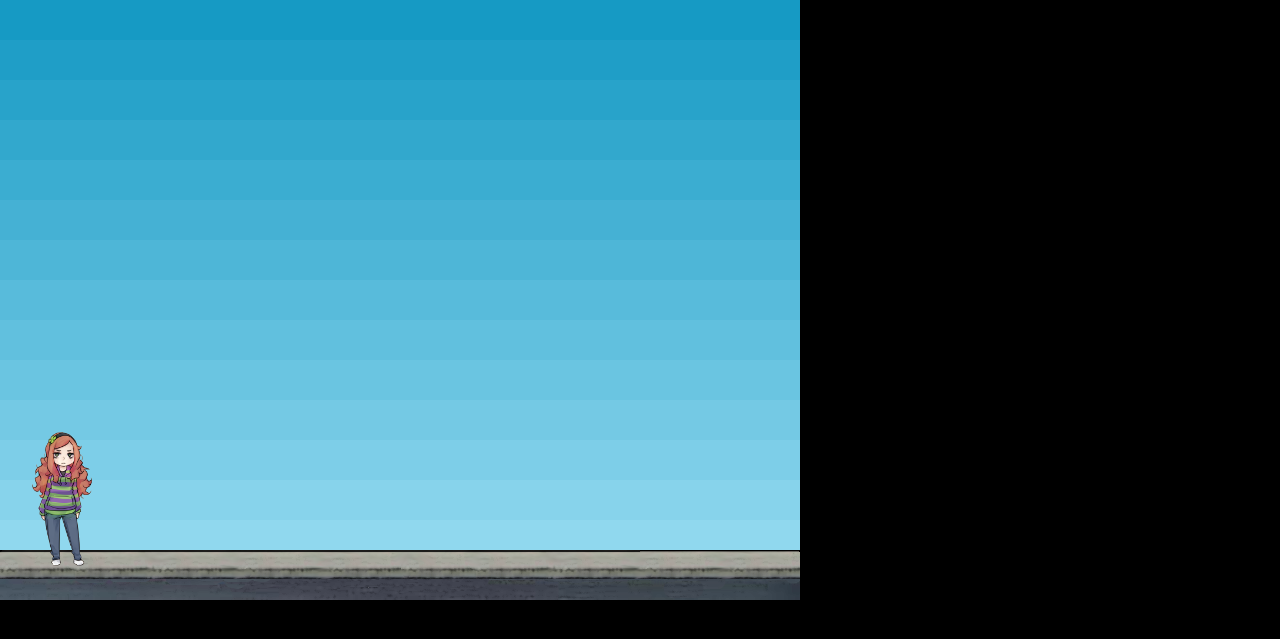
Repository: VivianJames/Viventure
Page: index.html
The author's editor kept a record of every edit. The page is drawn from the files as they stood at one moment, then again after the next edit.
The browser window is 1280 px wide. The pictures show the whole page.

Above is the page before.

After the next edit:
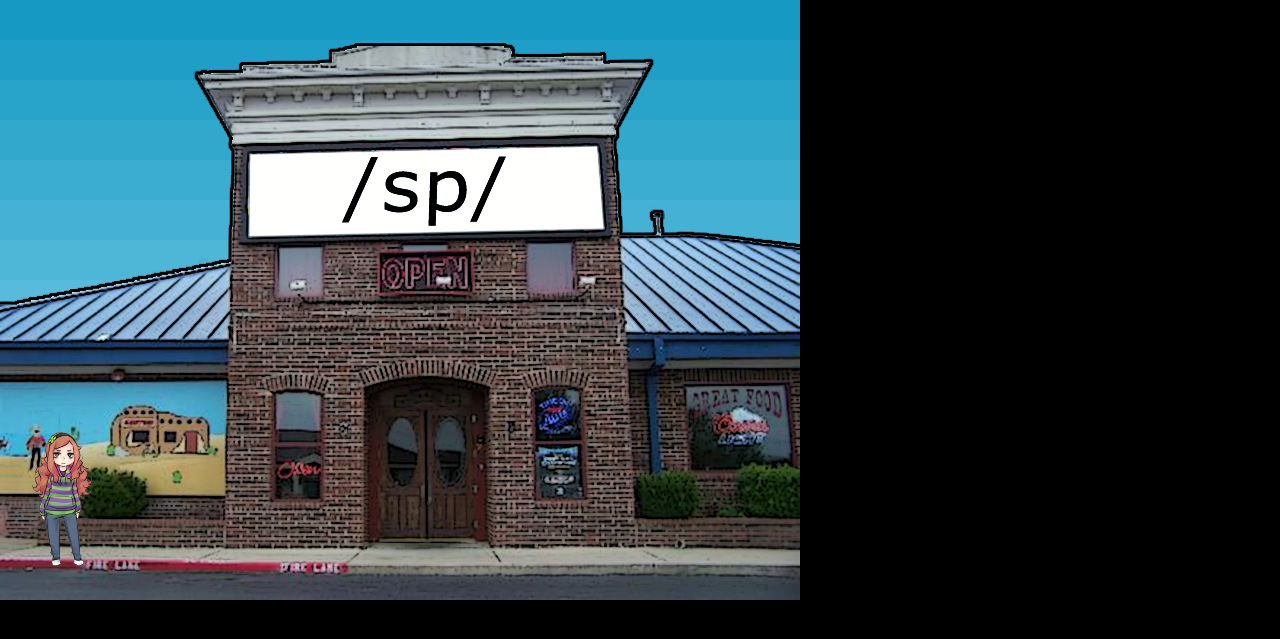
The edit:
--- a/js/game.js
+++ b/js/game.js
@@ -37,6 +37,8 @@
 	var centralsidewalk = sidewalks.create(0, game.world.height - 50, 'sidewalk');
 	centralsidewalk.body.immovable = true;
 
+	bar = game.add.sprite(0, 0, 'bar');
+
 	player = game.add.sprite(32, game.world.height - 200, 'vivian');
 
 	game.physics.arcade.enable(player);
